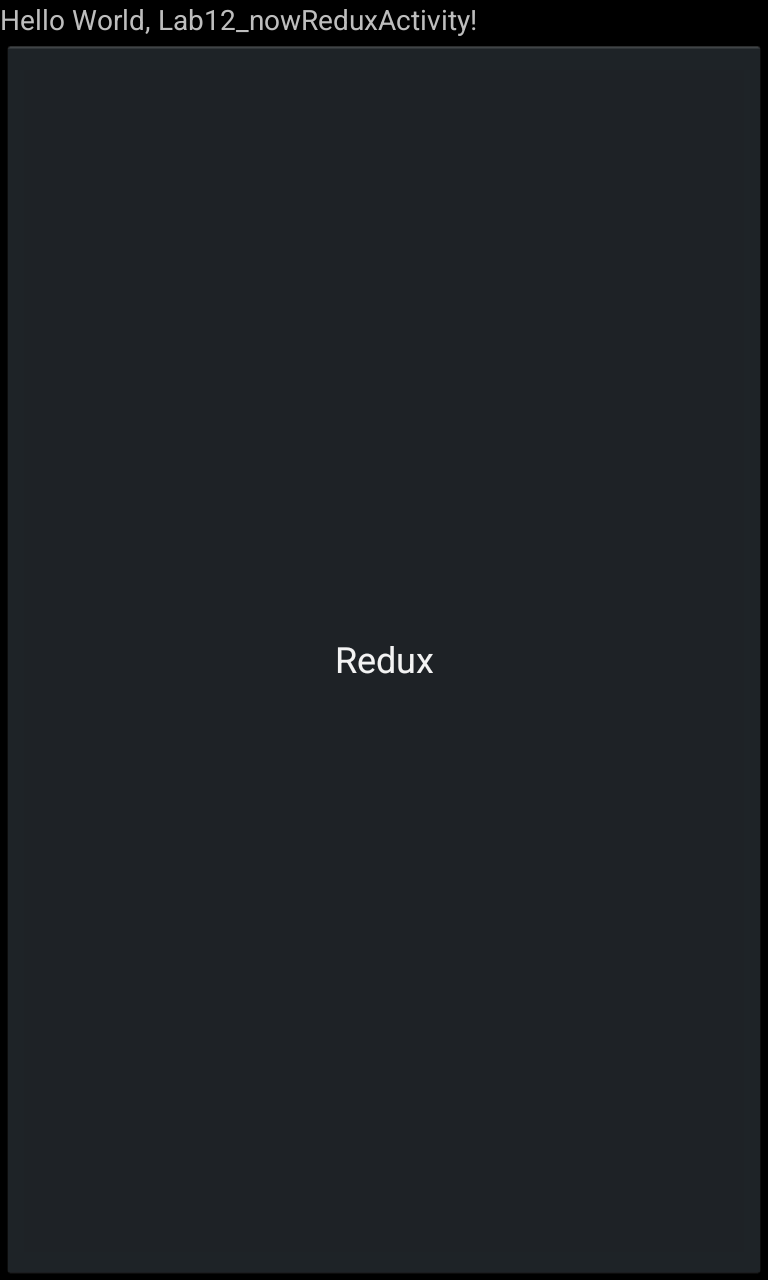
Repository: dorisserruto/un_exercises
Layout: javaandroid/Recursos/workspace-profe/lab12_nowRedux/res/layout/main.xml
The author's editor kept a copy of each file at every save. The layout is drawn from the files as they stood at one save, then again after the next save.
It is drawn on a 768 x 1280 px phone screen (xhdpi) without system bars, with theme android:Theme.Holo; the app's code is not run.

Above is the layout before, as saved 2012-06-24 15:01:48.

### javaandroid/Recursos/workspace-profe/lab12_nowRedux/res/layout/main.xml
<?xml version="1.0" encoding="utf-8"?>
<LinearLayout xmlns:android="http://schemas.android.com/apk/res/android"
    android:layout_width="fill_parent"
    android:layout_height="fill_parent"
    android:orientation="vertical" >

    <TextView
        android:layout_width="fill_parent"
        android:layout_height="wrap_content"
        android:text="@string/hello" />

    <Button
        android:id="@+id/button1"
        android:layout_width="fill_parent"
        android:layout_height="fill_parent"
        android:text="Redux"
        android:onClick="someMethod"
        />

</LinearLayout>

### javaandroid/Recursos/workspace-profe/lab12_nowRedux/res/values/strings.xml
<?xml version="1.0" encoding="utf-8"?>
<resources>

    <string name="hello">Hello World, Lab12_nowReduxActivity!</string>
    <string name="app_name">Lab12_nowRedux</string>

</resources>

After the next save:
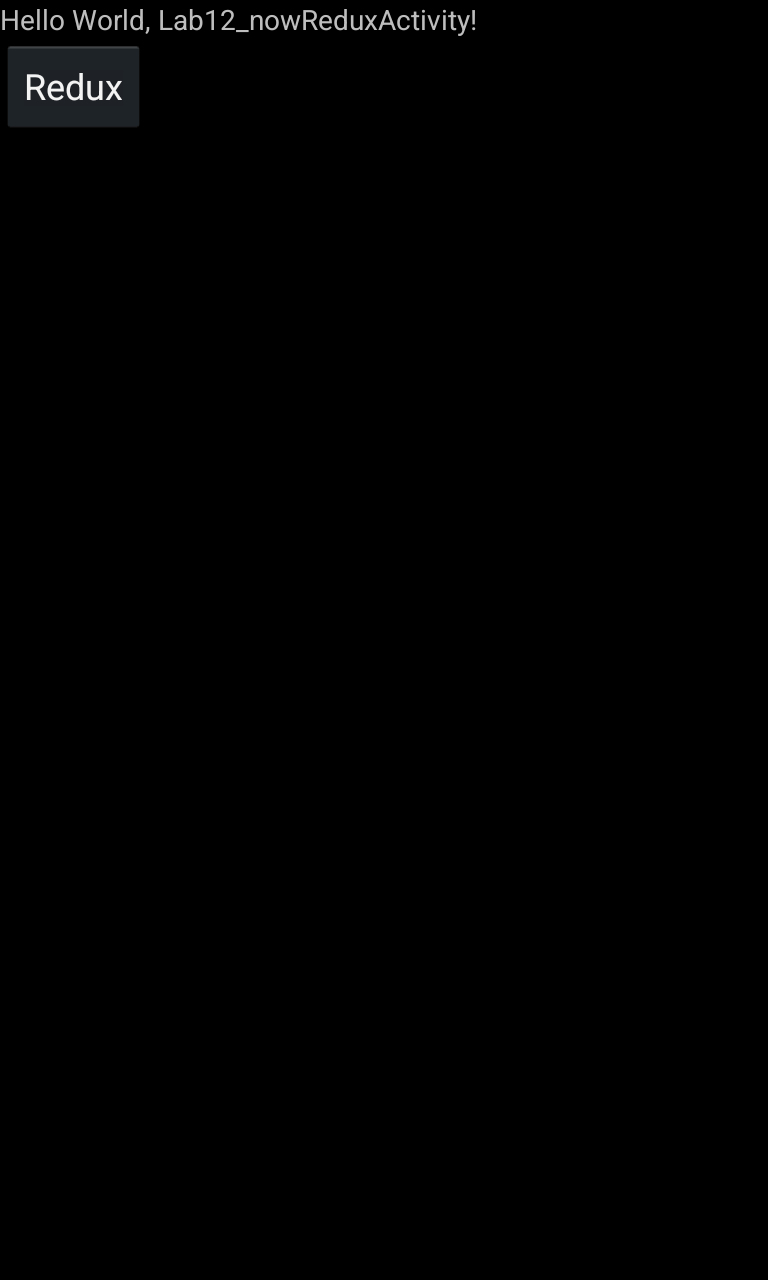
Saved 15 s later.
--- a/javaandroid/Recursos/workspace-profe/lab12_nowRedux/res/layout/main.xml
+++ b/javaandroid/Recursos/workspace-profe/lab12_nowRedux/res/layout/main.xml
@@ -11,8 +11,8 @@
 
     <Button
         android:id="@+id/button1"
-        android:layout_width="fill_parent"
-        android:layout_height="fill_parent"
+        android:layout_width="wrap_content"
+        android:layout_height="wrap_content"
         android:text="Redux"
         android:onClick="someMethod"
         />
